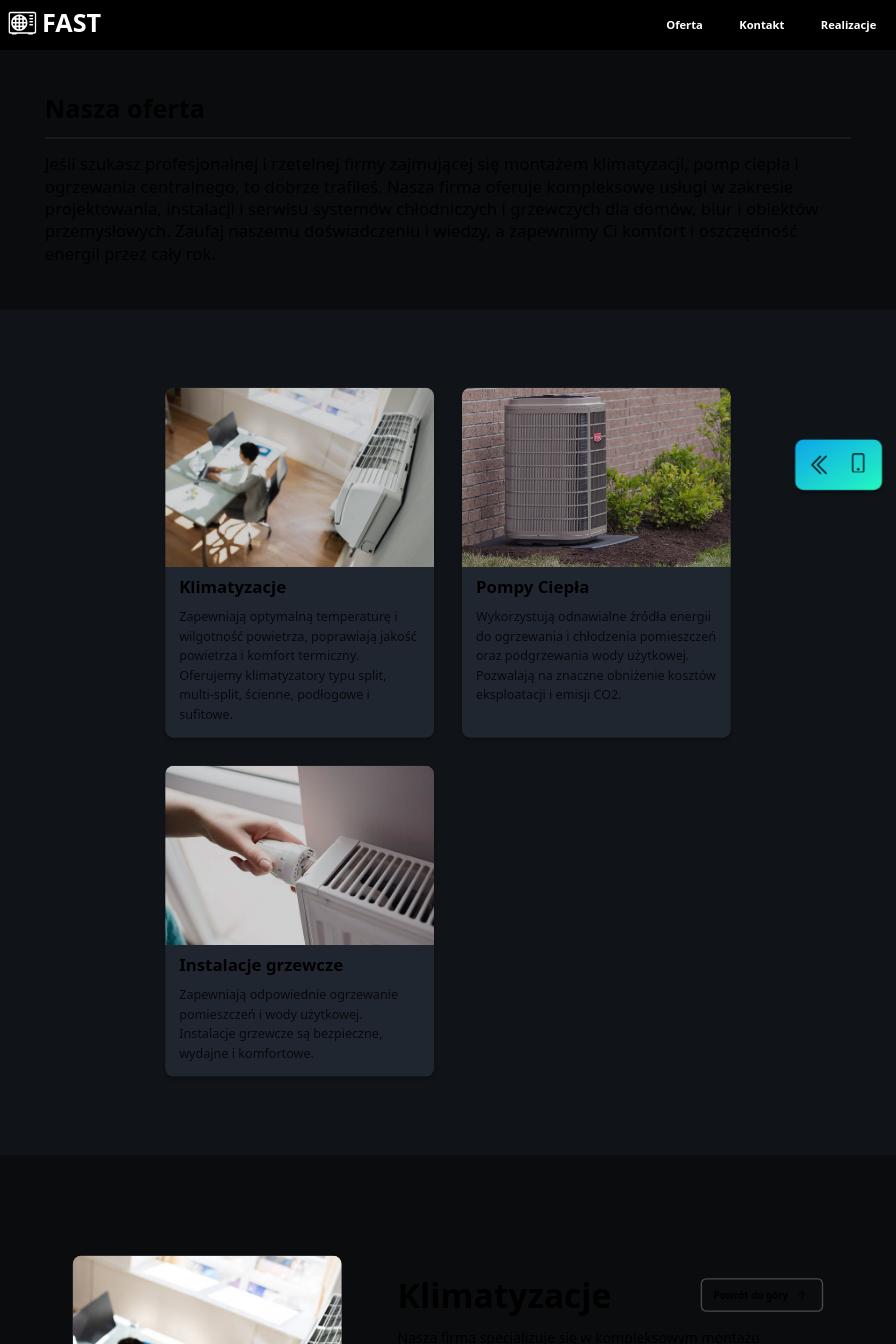
Repository: piotrokrutniak/Fast-CompanyWebsite
Page: /oferta
These files come from the project's save history. The page is drawn as it stood at one moment and after the next save; the edit follows.
The browser window is 1280 px wide. The pictures show the part of the page from y = 0 to 1920 px (the page is 3978 px tall before and 3930 px after), at 70% of full size.
The project was rebuilt for these pictures with package versions that can differ from the ones it lists, and the page was loaded fresh each time. The framework's server and built-in components were replaced by stand-ins that run in the browser. Also part of the build but not shown: next.config.js.

Above is the page before, as saved 2023-10-22 16:27:17.

### src/app/layout.js
import FootBar from './components/footbar/footbar'
import Navbar from './components/navbar/navbar'
import QuickContact from './components/quickContact'
import './globals.css'
import { Inter } from 'next/font/google'

const inter = Inter({ subsets: ['latin'] })

export const metadata = {
  title: 'Fast - Klimatyzacje Kraków',
  description: 'F.U.H. Fast Jacek Stawowy - Klimatyzacje Kraków-Niepołomice',
}

export default function RootLayout({ children }) {
  return (
    <html lang="pl" className="!scroll-smooth">
      <body className='bg-black min-w-mobile overflow-x-clip'>
        <div className='bg-slate-500/10 min-h-screen relative'>
          <Navbar/>
          {children}
          <QuickContact/>
          <FootBar/>
        </div>
      </body>
    </html>
  )
}

### src/app/(pages)/oferta/page.js
import Image from "next/image"
import img1 from "../../media/img/air-conditioning.jpg"
import img2 from "../../media/img/heat-pump-2.jpg"
import img3 from "../../media/img/heating.jpg"
import SimplePanel from "@/app/components/common/simplePanel"
import Link from "next/link"
import ButtonBase from "@/app/components/common/buttonBase"
import { BsArrowUpShort } from "react-icons/bs"

export default function Oferta(){
    return(
        <main className="min-h-screen">
            <section id="oferty" className="m-auto">
                <div className="sm:p-16 max-w-7xl m-auto p-5">
                    <h1 className="mb-5 pb-5 text-4xl font-semibold border-b-2 border-slate-600/30"> Nasza oferta </h1>
                    <h3 className="text-lg sm:text-2xl font-normal leading-relaxed"> Jeśli szukasz profesjonalnej i rzetelnej firmy zajmującej się montażem klimatyzacji, pomp ciepła i ogrzewania centralnego, to dobrze trafiłeś. Nasza firma oferuje kompleksowe usługi w zakresie projektowania, instalacji i serwisu systemów chłodniczych i grzewczych dla domów, biur i obiektów przemysłowych. Zaufaj naszemu doświadczeniu i wiedzy, a zapewnimy Ci komfort i oszczędność energii przez cały rok.</h3>
                </div>

                <div className="bg-slate-600/10 lg:py-28 p-2 py-10">
                    <div className="w-fit grid lg:grid-cols-2 2xl:grid-cols-3 max-w-7xl m-auto gap-10 lg:gap-10 items-stretch">
                        <Card scrollTo="#klimatyzacja" image={img1} title="Klimatyzacje" desc="Zapewniają optymalną temperaturę i wilgotność powietrza, poprawiają jakość powietrza i komfort termiczny. Oferujemy klimatyzatory typu split, multi-split, ścienne, podłogowe i sufitowe."/>
                        <Card scrollTo="#pompy" image={img2} title="Pompy Ciepła" desc="Wykorzystują odnawialne źródła energii do ogrzewania i chłodzenia pomieszczeń oraz podgrzewania wody użytkowej. Pozwalają na znaczne obniżenie kosztów eksploatacji i emisji CO2."/>
                        <Card scrollTo="#ogrzewanie" image={img3} title="Instalacje grzewcze" desc="Zapewniają odpowiednie ogrzewanie pomieszczeń i wody użytkowej. Instalacje grzewcze są bezpieczne, wydajne i komfortowe."/>
                    </div>
                </div>
            </section>
            <section id="informacje" className="max-w-7xl m-auto sm:p-16">
                <SimplePanel button={<ScrollTopButton/>} id="klimatyzacja" title="Klimatyzacje" desc="Nasza firma specjalizuje się w kompleksowym montażu klimatyzacji zarówno w domach, jak i biurach. Oferujemy pełen zakres usług, począwszy od zakupu jednostki, poprzez przygotowanie, aż do podpięcia i oddania do użytku. Nasze usługi nie ograniczają się jedynie do montażu - oferujemy również przegląd, serwis oraz wymianę jednostek klimatyzacyjnych." img={img1}/>
                <SimplePanel button={<ScrollTopButton/>} id="pompy" title="Pompy Ciepła" desc="Jesteśmy ekspertami w montażu pomp ciepła zarówno w domach, jak i biurach. Oferujemy pełen zakres usług - doradztwo przy wyborze odpowiedniego modelu, przygotowanie instalacji oraz podłączenie i uruchomienie. Nasze doświadczenie obejmuje nie tylko montaż, ale także przegląd, serwis i wymianę jednostek. Dzięki naszym usługom możesz cieszyć się efektywnym i ekologicznym systemem ogrzewania i chłodzenia." img={img2}/>
                <SimplePanel button={<ScrollTopButton/>} id="ogrzewanie" title="Ogrzewanie Centralne" desc="Posiadamy wieloletnie doświadczenie w montażu systemów ogrzewania centralnego, zarówno w domach, jak i budynkach komercyjnych. Nasza firma jest doskonale zaznajomiona z branżą i oferuje pełen zakres usług - doradztwo przy wyborze odpowiedniego systemu, projektowanie instalacji, montaż oraz uruchomienie. Nie ograniczamy się tylko do instalacji - zapewniamy również przegląd, serwis oraz modernizację istniejących systemów. Dzięki naszym usługom możesz mieć pewność, że Twój system ogrzewania centralnego będzie efektywny i zapewni Ci komfort przez wiele lat." img={img3}/>
            </section>
        </main>
    )
}

function Card({...props}){
    return(

        <div className="lg:w-96 bg-slate-600/30 hover:bg-slate-600/50 rounded-xl min-w-fit flex flex-col overflow-hidden shadow-md lg:hover:-translate-y-4 shadow-black/20 transition-all">
            <Link href={props.scrollTo}>
                <div className="lg:h-64 h-screen-1/2 w-full bg-black/20 relative cursor-pointer">
                    <Image src={props.image} layout='fill' objectFit='cover' className='z-0 opacity-80'/>
                </div>
            </Link>
            <div className="px-5 py-3 text-2xl font-semibold">{props.title ?? "Title" }</div>
            <div className="px-5 pb-5 text-lg opacity-80">{props.desc ?? "Description" }</div>
        </div>
    )
}

function ScrollTopButton(){
    return(
        <Link href="#">
            <ButtonBase text="Powrót do góry" color="black" icon={<BsArrowUpShort className="w-6 h-6"/>} className="px-2 h-12 border-solid border-2 border-white/25 hover:border-white w-fit"/>
        </Link>
    )
}

### src/app/components/footbar/footbar.js
import Link from "next/link";

export default function FootBar(){
    return(
        <footer className="bg-slate-500/5 mt-20">
            <div className="max-w-7xl w-full max-sm:px-5 p-10 flex gap-8 sm:gap-20 m-auto">
                <div className="flex flex-col gap-3">
                    <h1 className="font-bold text-2xl md:text-3xl">Jacek Stawowy</h1>
                    <h2 className="font-semibold text-xl">Kraków</h2>
                    <h2 className="font-thin text-xl">NIP: 6791924300</h2>
                </div>

                <div className="flex flex-col gap-3">
                    <h1 className="font-bold text-2xl md:text-3xl">Kontakt</h1>
                    <h2 className="font-thin text-xl">Telefon:
                    <Link href={"tel:+48 509 012 407"} className="cursor-pointer hover:text-emerald-200">
                        <p className="whitespace-nowrap">
                            +48 509 012 407
                        </p>
                    </Link>
                    </h2>
                    <h2 className="font-thin text-xl">Email:
                    <Link href={"email:fast@firma.pl"} className="cursor-pointer hover:text-emerald-200">
                        <p className="whitespace-nowrap">
                            fast@firma.pl
                        </p>
                    </Link>
                    </h2>
                    <h2 className="font-thin text-xl">Pon-Pt 8.00-19.00</h2>
                </div>
            </div>
            <div className="bg-black flex p-10 ">
                <div className="xs:m-auto w-fit">
                    © Piotr Okrutniak 2022
                </div>
            </div>
        </footer>
    )
}

### src/app/components/navbar/navbar.js
"use client";
import { useState } from "react";
import ButtonBase from "../common/buttonBase";
import AcLogo from "../icons/ac";
import {BsList, BsXLg} from "react-icons/bs";
import Link from "next/link";

export default function Navbar(){
    const [mobileOpen, setMobileOpen] = useState(false)

    return(
        <nav className="sticky bg-black top-0 w-full py-3 px-5 sm:px-3  z-50">
            <div className="flex justify-between mx-auto max-w-7xl h-auto align-middle">
                <Link href="/">
                    <div className="text-white text-4xl font-bold hover:cursor-pointer flex gap-2 align-middle
                        hover:text-emerald-200 hover:fill-emerald-200 fill-white active:opacity-90 transition-all">
                        <AcLogo className="h-10 w-10 top-px relative"/>
                        FAST
                    </div>
                </Link>
                <div className="align-middle gap-5 text-black transition-all ease-in hidden sm:flex">
                    <Link href="/oferta">
                        <ButtonBase text="Oferta" color="bg-transparent" className="hover:bg-slate-400/25 text-white"  onClick={() => setMobileOpen(false)}/>
                    </Link>
                    <Link href="/kontakt">
                        <ButtonBase text="Kontakt" color="bg-transparent" className="hover:bg-slate-400/25 text-white"  onClick={() => setMobileOpen(false)}/>
                    </Link>
                    <Link href="/realizacje">
                        <ButtonBase text="Realizacje" color="bg-transparent" className="hover:bg-slate-400/25 text-white"  onClick={() => setMobileOpen(false)}/>
                    </Link>
                </div>
                <div className=" sm:hidden flex">
                    <BsList className="h-12 w-12 cursor-pointer hover:fill-emerald-200 active:opacity-90" onClick={() => setMobileOpen(true)}/>
                </div>
            </div>

            <div className={`${mobileOpen ? "" : "translate-x-full"} absolute w-screen h-screen bg-black left-0 top-0 sm:hidden transition-all`}>
                <div id="mobile-header" className="flex p-3 cursor-pointer" onClick={() => setMobileOpen(false)}>
                    <BsXLg className="w-14 h-14 p-2 hover:fill-emerald-200 active:opacity-70 absolute right-4"/>
                </div>
                <div id="mobile-list" className="flex flex-col w-full gap-8 justify-center text-xl px-5 py-32">
                    <Link href="/kontakt" onClick={() => setMobileOpen(false)}>
                        <ButtonBase text="Kontakt" className="w-full py-6 px-10 bg-gradient-to-br hover:from-sky-500 hover:to-emerald-200 self-center" color="bg-slate-500/25"/>
                    </Link>
                    <Link href="/oferta" onClick={() => setMobileOpen(false)}>
                        <ButtonBase text="Oferta" className="w-full py-6 px-10 bg-gradient-to-br hover:from-sky-500 hover:to-emerald-200 self-center" color="bg-slate-500/25"/>
                    </Link>
                    <Link href="/realizacje" onClick={() => setMobileOpen(false)}>
                        <ButtonBase text="Realizacje" className="w-full py-6 px-10 bg-gradient-to-br hover:from-sky-500 hover:to-emerald-200 self-center" color="bg-slate-500/25"/>
                    </Link>
                    <Link href="/" onClick={() => setMobileOpen(false)}>
                        <ButtonBase text="Strona Główna" className="w-full py-6 px-10 bg-gradient-to-br hover:from-sky-500 hover:to-emerald-200 self-center" color="bg-slate-500/25"/>
                    </Link>
                </div>
                <div className="p-10 justify-self-center w-full text-center bottom-0 absolute">
                    © Piotr Okrutniak 2022
                </div>
            </div>
        </nav>
    )
}

### src/app/components/quickContact.js
"use client";

import Link from "next/link";
import { useState } from "react"
import {BsChevronDoubleRight, BsPhone} from "react-icons/bs"

export default function QuickContact(){
    const [folded, setFolded] = useState(true)

    function Transition(){
        setFolded((old) => !old)
    }

    return(
        <div className="bg-gradient-to-br from-sky-500 to-emerald-200 rounded-xl w-fit sm:p-5 p-3 text-base
            font-normal shadow-md shadow-black/50 fixed right-5 bottom-5 flex items-center gap-4 transition-all ease-in-out whitespace-nowrap">
            <BsChevronDoubleRight className={`${folded ? "rotate-180" : "rotate-0"} transition-all ease-in h-8 w-8 cursor-pointer active:opacity-60 select-none`}
                onClick={() => Transition()}/>
            <div className="flex gap-2">
                <p className={`${folded ? "w-0" : "w-72 max-sm:w-44"} overflow-hidden transition-all ease-in flex max-sm:flex-col`}><p>Skontaktuj się z nami:</p> <Link href={"tel:+48 509 012 407"} className="cursor-pointer">+48 509 012 407</Link></p>
                <BsPhone className="h-7 w-7 animate-bounce self-center"/>
            </div>
        </div>
    )
}

### src/app/globals.css
@import 'tailwindcss/base';
@import 'tailwindcss/components';
@import 'tailwindcss/utilities';

:root {

}

@media (prefers-color-scheme: dark) {
  :root {
    --foreground-rgb: 255, 255, 255;
    scroll-behavior: smooth;
  }
}

body {
  color: rgb(var(--foreground-rgb));
  background: linear-gradient(
      to bottom,
      transparent,
      rgb(var(--background-end-rgb))
    )
    rgb(var(--background-start-rgb));
}

@layer base {
  html {
    scroll-behavior: smooth;
  }
}

### src/app/components/common/simplePanel.js
import Image from "next/image";
import ButtonBase from "./buttonBase";


export default function SimplePanel({...props}){
    return(
        <section id={props.id} className="z-10 w-full items-center justify-between text-sm lg:flex p-10 max-xs:p-5">
            <div className='max-w-7xl m-auto flex gap-20 py-10 align-middle h-full max-md:flex-col-reverse max-lg:gap-10'>
            <div className='w-96 h-64 sm:h-96 shrink-0 bg-slate-500 rounded-xl relative self-center max-md:w-full overflow-clip'>
                <Image src={props.img} layout='fill' objectFit='cover'/>
            </div>
            <div className='relative self-center w-full'>
                <div className='flex justify-between gap-5 max-lg:flex-col mb-5'>
                <h1 className='text-5xl font-semibold max-sm:text-3xl'>{props.title ?? "Title"}</h1>
                    {props.button ?? ""}
                </div>
                <h2 className='text-xl font-thin leading-9 max-sm:text-lg'>{props.desc ?? "Description"}</h2>
            </div>
            </div>
        </section>
    )
}

### src/app/components/common/buttonBase.js
export default function ButtonBase({...props}){
    return(
        <button className={`${props.className} ${props.color ?? "bg-sky-500"} py-3 px-4 rounded-lg font-semibold active:opacity-80 flex items-center gap-2 whitespace-nowrap transition-all`}
            onClick={props.onClick}>
            {props.text} {props.icon ?? ""}
        </button>
    )
}

### src/app/components/icons/ac.js
export default function AcLogo({...props}){
    return(
        <svg
            xmlns="http://www.w3.org/2000/svg"
            xmlSpace="preserve"
            width={800}
            height={800}
            viewBox="0 0 507.802 507.802"
            {...props}
        >
            <path d="M465.7 47.901H42.3c-23.3 0-42.3 18.9-42.3 42.3v313.3c0 23.3 19 42.3 42.3 42.3h16.1c0 7.8 6.3 14.1 14.1 14.1H139c7.8 0 14.1-6.3 14.1-14.1h201.6c0 7.8 6.3 14.1 14.1 14.1h66.5c7.8 0 14.1-6.3 14.1-14.1h16.1c23.3 0 42.3-19 42.3-42.3v-313.3c.2-23.4-18.8-42.3-42.1-42.3zm0 369.7H42.3c-7.8 0-14.1-6.3-14.1-14.1v-313.3c0-7.8 6.3-14.1 14.1-14.1h423.3c7.8 0 14.1 6.3 14.1 14.1v313.3h.1c0 7.8-6.3 14.1-14.1 14.1z" />
            <path d="M435.6 107.801H391c-7.8 0-14.1 6.3-14.1 14.1s6.3 14.1 14.1 14.1h44.6c7.8 0 14.1-6.3 14.1-14.1s-6.3-14.1-14.1-14.1zM435.6 161.601H391c-7.8 0-14.1 6.3-14.1 14.1s6.3 14.1 14.1 14.1h44.6c7.8 0 14.1-6.3 14.1-14.1s-6.3-14.1-14.1-14.1zM435.6 215.301H391c-7.8 0-14.1 6.3-14.1 14.1s6.3 14.1 14.1 14.1h44.6c7.8 0 14.1-6.3 14.1-14.1s-6.3-14.1-14.1-14.1zM435.6 269.101H391c-7.8 0-14.1 6.3-14.1 14.1s6.3 14.1 14.1 14.1h44.6c7.8 0 14.1-6.3 14.1-14.1s-6.3-14.1-14.1-14.1zM198.3 99.701c-81.1 0-147.1 66-147.1 147.1s66 147.1 147.1 147.1 147.1-66 147.1-147.1-66-147.1-147.1-147.1zm-80.9 233.9c-2-1.9-3.9-3.8-5.8-5.8h5.8v5.8zm0-34H92c-5.9-11.9-10-24.9-11.6-38.6h37v38.6zm0-66.9h-37c1.6-13.7 5.6-26.7 11.6-38.6h25.4v38.6zm0-66.8h-5.8c1.9-2 3.8-3.9 5.8-5.8v5.8zm66.8 198.9c-13.7-1.6-26.7-5.7-38.6-11.6v-25.4h38.6v37zm0-65.2h-38.6v-38.6h38.6v38.6zm0-66.9h-38.6v-38.6h38.6v38.6zm0-66.8h-38.6v-25.4c11.9-5.9 24.9-10 38.6-11.6v37zm95.1-5.8c2 1.9 3.9 3.8 5.8 5.8h-5.8v-5.8zm0 34h25.4c5.9 11.9 10 24.9 11.6 38.6h-37v-38.6zm-28.2 159.1c-11.9 5.9-24.9 10-38.6 11.6v-37h38.6v25.4zm0-53.6h-38.6v-38.6h38.6v38.6zm0-66.9h-38.6v-38.6h38.6v38.6zm0-66.8h-38.6v-37c13.7 1.6 26.7 5.7 38.6 11.6v25.4zm28.2 167.7v-5.8h5.8c-1.9 2-3.8 4-5.8 5.8zm0-34v-38.6h37c-1.6 13.7-5.7 26.7-11.6 38.6h-25.4z" />
        </svg>
    )
}

### tailwind.config.js
/** @type {import('tailwindcss').Config} */
module.exports = {
  mode: 'jit',
  content: [
    './src/pages/**/*.{js,ts,jsx,tsx,mdx}',
    './src/components/**/*.{js,ts,jsx,tsx,mdx}',
    './src/app/**/*.{js,ts,jsx,tsx,mdx}',
  ],
  theme: {
    extend: {
      backgroundImage: {
        'gradient-radial': 'radial-gradient(var(--tw-gradient-stops))',
        'gradient-conic':
          'conic-gradient(from 180deg at 50% 50%, var(--tw-gradient-stops))',
      },
      height:{
        'screen-1/2': '50vh',
        'screen-1/4': '25vh',
        'screen-3/4': '75vh',
        'screen-3/5': '60vh',
        'screen-2/3': '66vh',
        'screen-1/3': '33vh',
        '112': '28rem',
        '128': '32rem',
      },
      minHeight:{
        'screen-1/2': '50vh',
        'screen-1/4': '25vh',
        'screen-3/4': '75vh',
        'screen-2/3': '66vh',
        'screen-1/3': '33vh',
        '112': '28rem',
        '128': '32rem',
      },
      width:{
        '112': '28rem',
        '128': '32rem',
      },
      colors:{
        "emerald":{
          "50": "#b0fde8",
          "100": "#60FBD2",
          "200": "#24F9C1",
          "400": "#06EFB1",
          "500": "#06d6a0",
        }
      },
      minWidth:{
        'mobile': '360px',
        '54': '258px',
      },
      screens:{
        'xs': '580px',
        '850': '850px',
      },
    },
  },
  plugins: [],
}

After the next save:
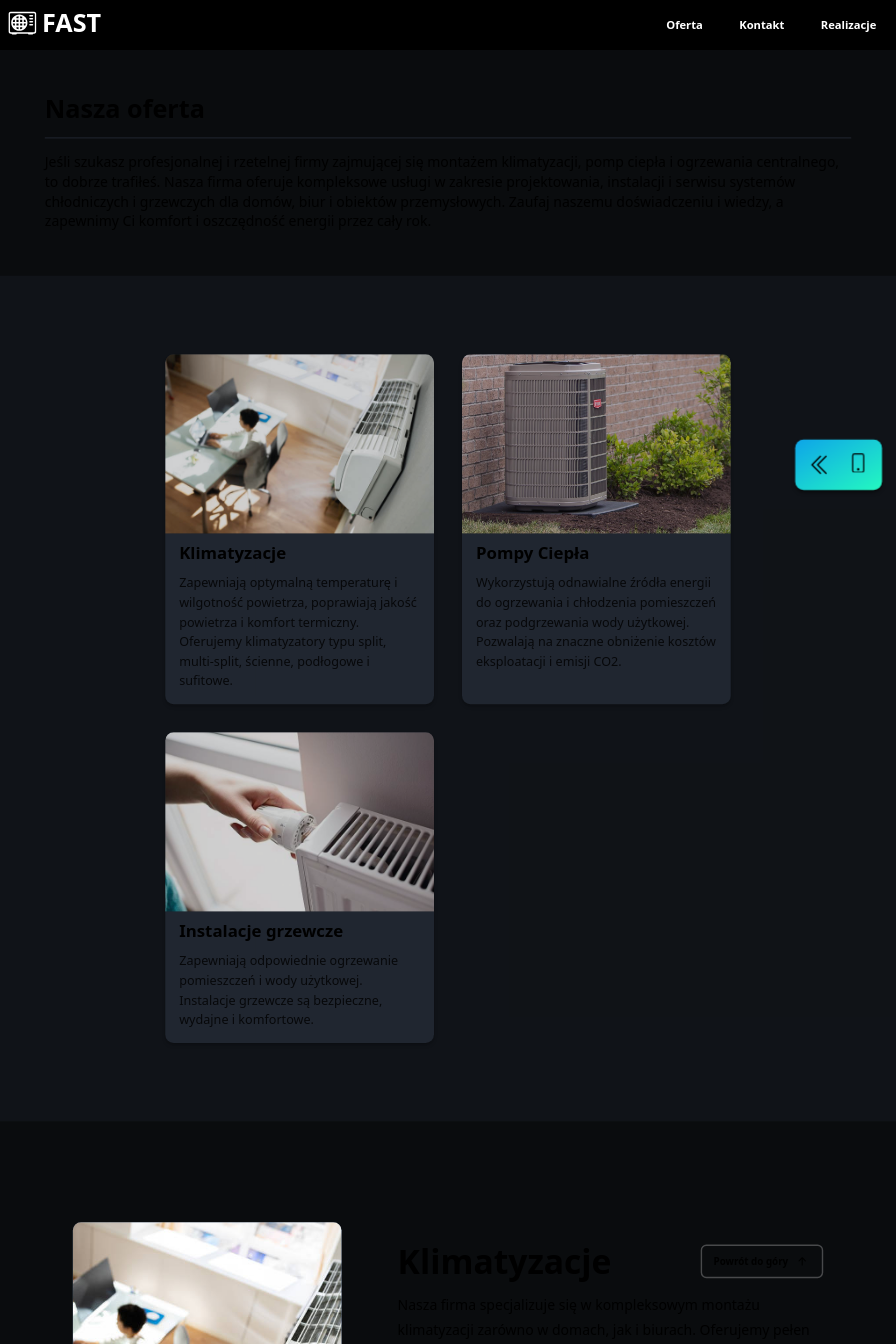
Saved 19 s later.
--- a/src/app/(pages)/oferta/page.js
+++ b/src/app/(pages)/oferta/page.js
@@ -13,7 +13,7 @@ export default function Oferta(){
             <section id="oferty" className="m-auto">
                 <div className="sm:p-16 max-w-7xl m-auto p-5">
                     <h1 className="mb-5 pb-5 text-4xl font-semibold border-b-2 border-slate-600/30"> Nasza oferta </h1>
-                    <h3 className="text-lg sm:text-2xl font-normal leading-relaxed"> Jeśli szukasz profesjonalnej i rzetelnej firmy zajmującej się montażem klimatyzacji, pomp ciepła i ogrzewania centralnego, to dobrze trafiłeś. Nasza firma oferuje kompleksowe usługi w zakresie projektowania, instalacji i serwisu systemów chłodniczych i grzewczych dla domów, biur i obiektów przemysłowych. Zaufaj naszemu doświadczeniu i wiedzy, a zapewnimy Ci komfort i oszczędność energii przez cały rok.</h3>
+                    <h3 className="text-lg sm:text-xl font-normal leading-relaxed"> Jeśli szukasz profesjonalnej i rzetelnej firmy zajmującej się montażem klimatyzacji, pomp ciepła i ogrzewania centralnego, to dobrze trafiłeś. Nasza firma oferuje kompleksowe usługi w zakresie projektowania, instalacji i serwisu systemów chłodniczych i grzewczych dla domów, biur i obiektów przemysłowych. Zaufaj naszemu doświadczeniu i wiedzy, a zapewnimy Ci komfort i oszczędność energii przez cały rok.</h3>
                 </div>
 
                 <div className="bg-slate-600/10 lg:py-28 p-2 py-10">
